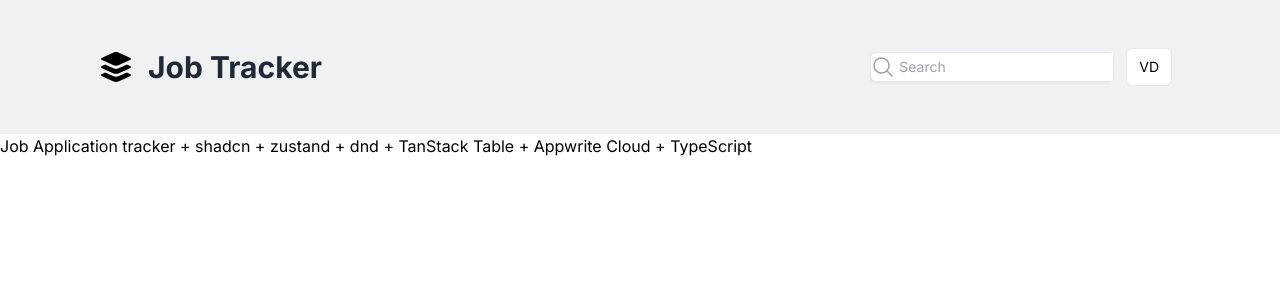
Repository: Vasil1001/job-applications-tracker-nextjs
Page: /
An editor plug-in stored every save of this project. The page is shown before and after a run of saves, followed by the edit.
The browser window is 1280 px wide. The pictures show the whole page.
The project was rebuilt for these pictures with package versions that can differ from the ones it lists, and the page was loaded fresh each time. The framework's server and built-in components were replaced by stand-ins that run in the browser. Also part of the build but not shown: next.config.js.

Above is the page before, as saved 2023-06-24 17:26:15.

After the next 2 saves:
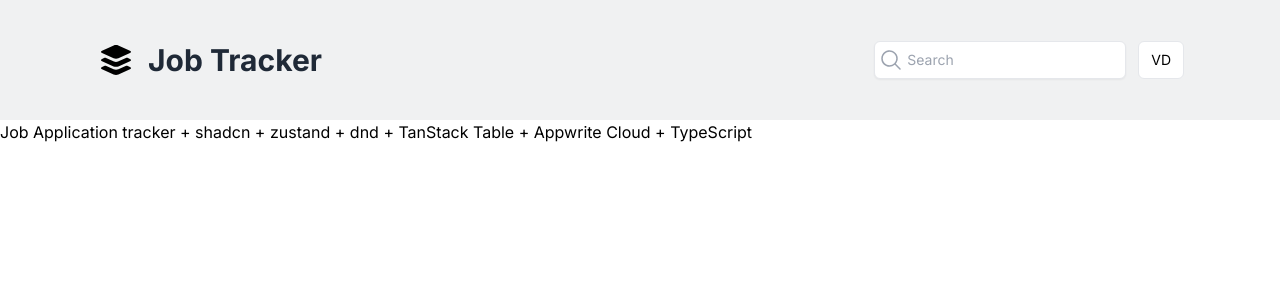
The 2 saves are shown as one change because they came seconds apart.
The last was saved 7 s later.
--- a/components/Header.tsx
+++ b/components/Header.tsx
@@ -31,8 +31,8 @@ export default function Header() {
         </div>
 
         {/* Search input, button and profile */}
-        <div className="py-2 px-3 flex items-center gap-3 flex-1 justify-end w-full">
-          <form className="flex items-center space-l-5 bg-white  border shadow-sm focus-visible:outline-none focus-visible:ring-1 focus:ring-gray-400 text-black border-gray-200 sm:text-sm rounded-md hover:border-gray-300 placeholder:text-gray-400 focus:placeholder:text-gray-500 flex-1 md:flex-initial">
+        <div className="flex items-center gap-3 flex-1 justify-end w-full">
+          <form className="flex items-center space-l-5 bg-white p-1 border shadow-sm focus-visible:outline-none focus-visible:ring-1 focus:ring-gray-400 text-black border-gray-200 sm:text-sm rounded-md hover:border-gray-300 placeholder:text-gray-400 focus:placeholder:text-gray-500 flex-1 md:flex-initial">
             <HiMagnifyingGlass className="w-6 h-6 text-gray-400" />
             <input
               type="text"
